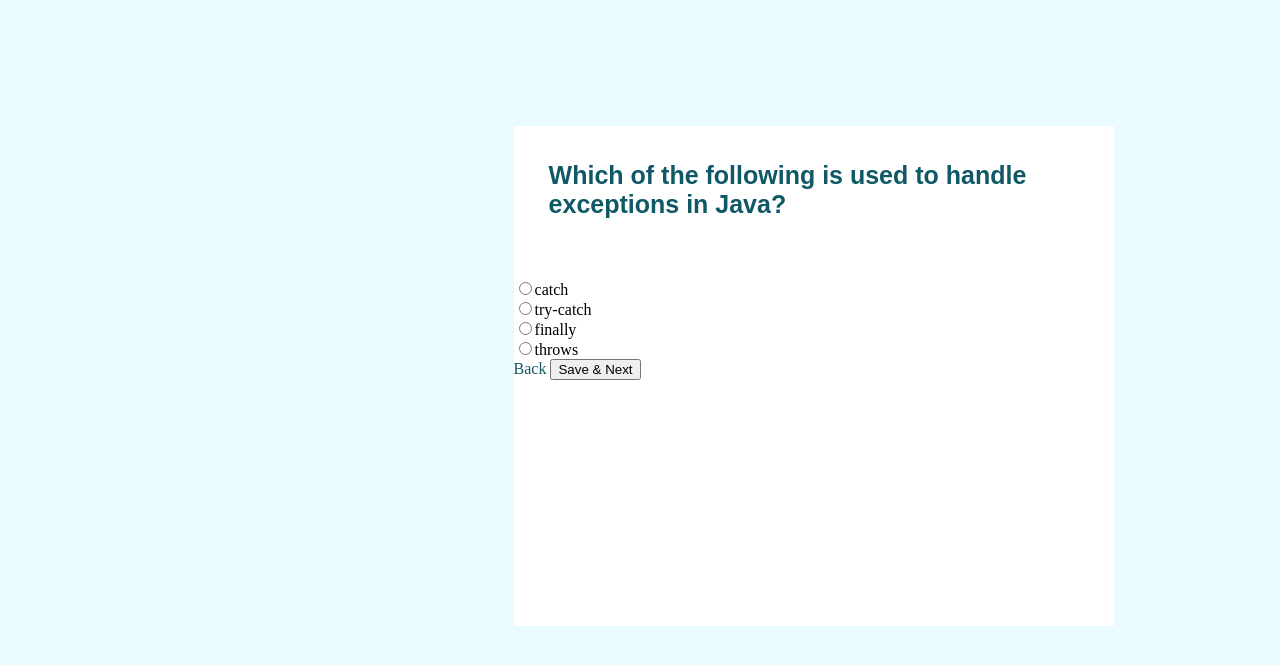
Repository: Rupali-8062Chourasiya5279/Internship_Task_Rupali
Page: Programming Language/quiz/QuizApp/src/main/webapp/First.html
The author's editor kept a copy of each file at every save. The page is drawn from the files as they stood at one save, then again after the next save.
The browser window is 1280 px wide. The pictures show the whole page.

Above is the page before, as saved 2025-01-24 13:41:30.

### Programming Language/quiz/QuizApp/src/main/webapp/First.html
<!DOCTYPE html>
<html>
<head>
<meta charset="UTF-8">
<title>Que1</title>
<style>
body
{
background-color: #7ce0f4;
}
#div1
{
background-color: white;
height :500px ;
width : 600px;
margin-left: 40%;
margin-top: 10%;
}
 h3
 {
 padding:35px;
 font: bold;
 color: #0f5866;
 font-family: sans-serif;
 font-size: 25px;
 }
 a{
 text-decoration: none;
 color: #0f5866;
 }
 #sub
 {
 font: bold;
 color: white;
 background-color:#0f5866;
 font-family: sans-serif;
 float:right;
 padding:5px 10px 5px 10px;
 margin-right:100px;
 font-size: 15px;
 border-radius: 10px;
 }
 body
 {
 background-color: #e9fbfe;
 }
</style>
</head>
<body>
	<form action="First">
	<div id="div1">
	<h3>Which of the following is used to handle exceptions in Java?</h3>
	<input type="radio" name="q1" value="catch">catch</input><br>
	<input type="radio" name="q1" value="try-catch">try-catch</input><br>
	<input type="radio" name="q1" value="finally">finally</input><br>
	<input type="radio" name="q1" value="throws">throws</input><br>
	<a class="sub" href="rules.html">Back</a>
	<input class = "sub" type="submit" value="Save & Next">
	</div>
	</form>
</body>
</html>

After the next save:
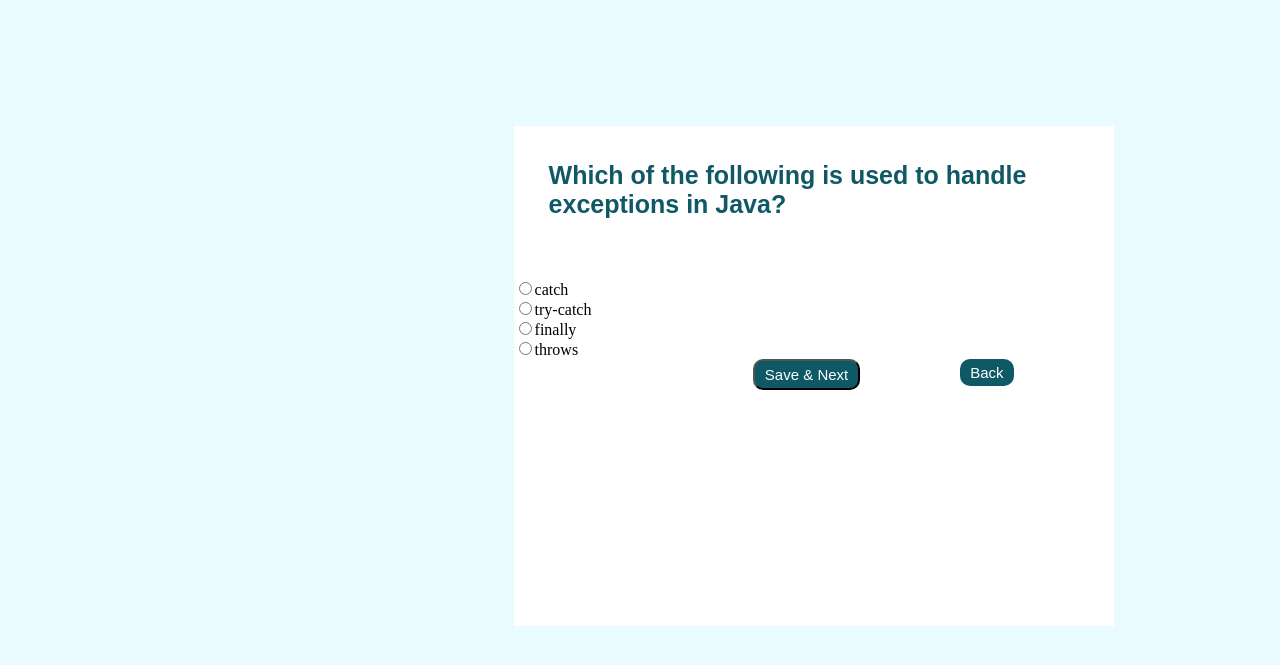
Saved 4 s later.
--- a/Programming Language/quiz/QuizApp/src/main/webapp/First.html
+++ b/Programming Language/quiz/QuizApp/src/main/webapp/First.html
@@ -28,7 +28,7 @@ margin-top: 10%;
  text-decoration: none;
  color: #0f5866;
  }
- #sub
+ .sub
  {
  font: bold;
  color: white;
